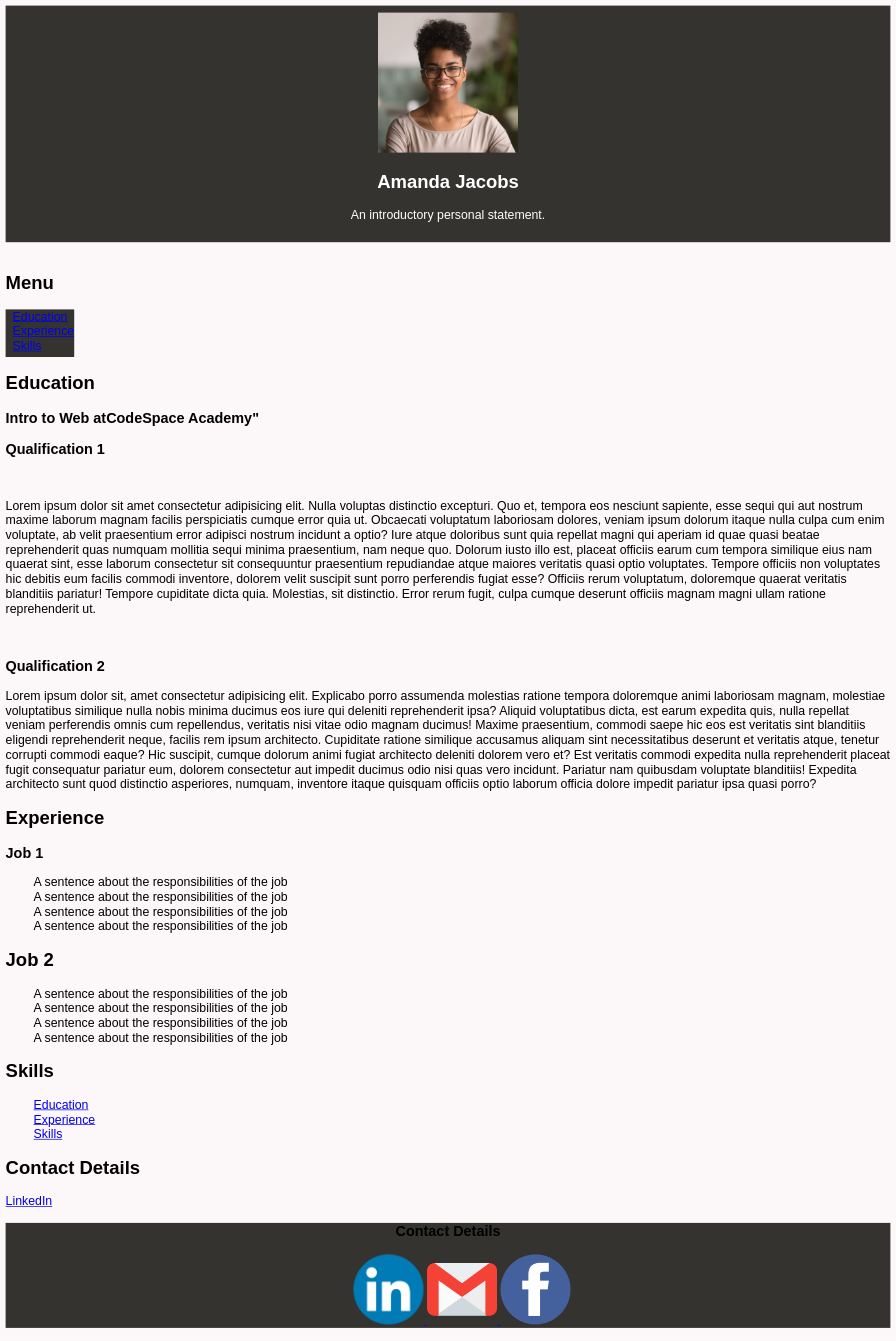
Repository: LeonardMhere/Resume-3
Page: resume `3/index.html
The author's editor kept a copy of each file at every save. The page is drawn from the files as they stood at one save, then again after the next save.
The browser window is 1280 px wide. The pictures show the whole page, at 70% of full size.

Above is the page before, as saved 2023-03-23 09:11:39.

After the next save:
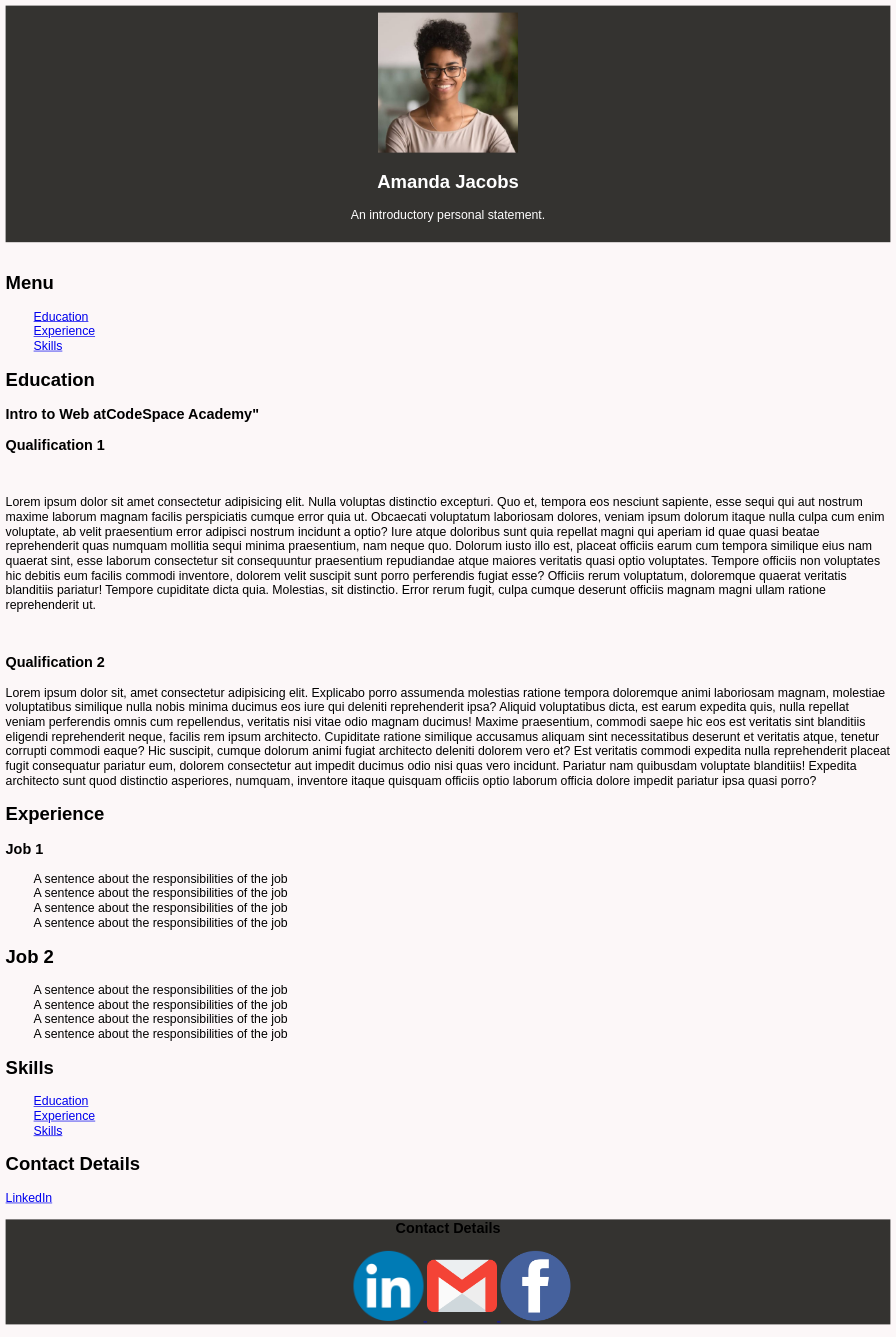
Saved 79 s later.
--- a/resume `3/css/stylesheet.css
+++ b/resume `3/css/stylesheet.css
@@ -17,14 +17,12 @@ menu {
 
 
 .nav-menu{
-  width:fit-content;
-  height:fit-content;
-  overflow: auto;
-  padding-bottom: 5px;
-  padding-left: 10px;
-  background-color: #343330;
-  color: white;
-
+    border: ;
+    width: fit-content;
+    padding left: 10px;
+    padding right: 10px;
+    overflow: auto;
+    background-color:
 }
 
 ul {
